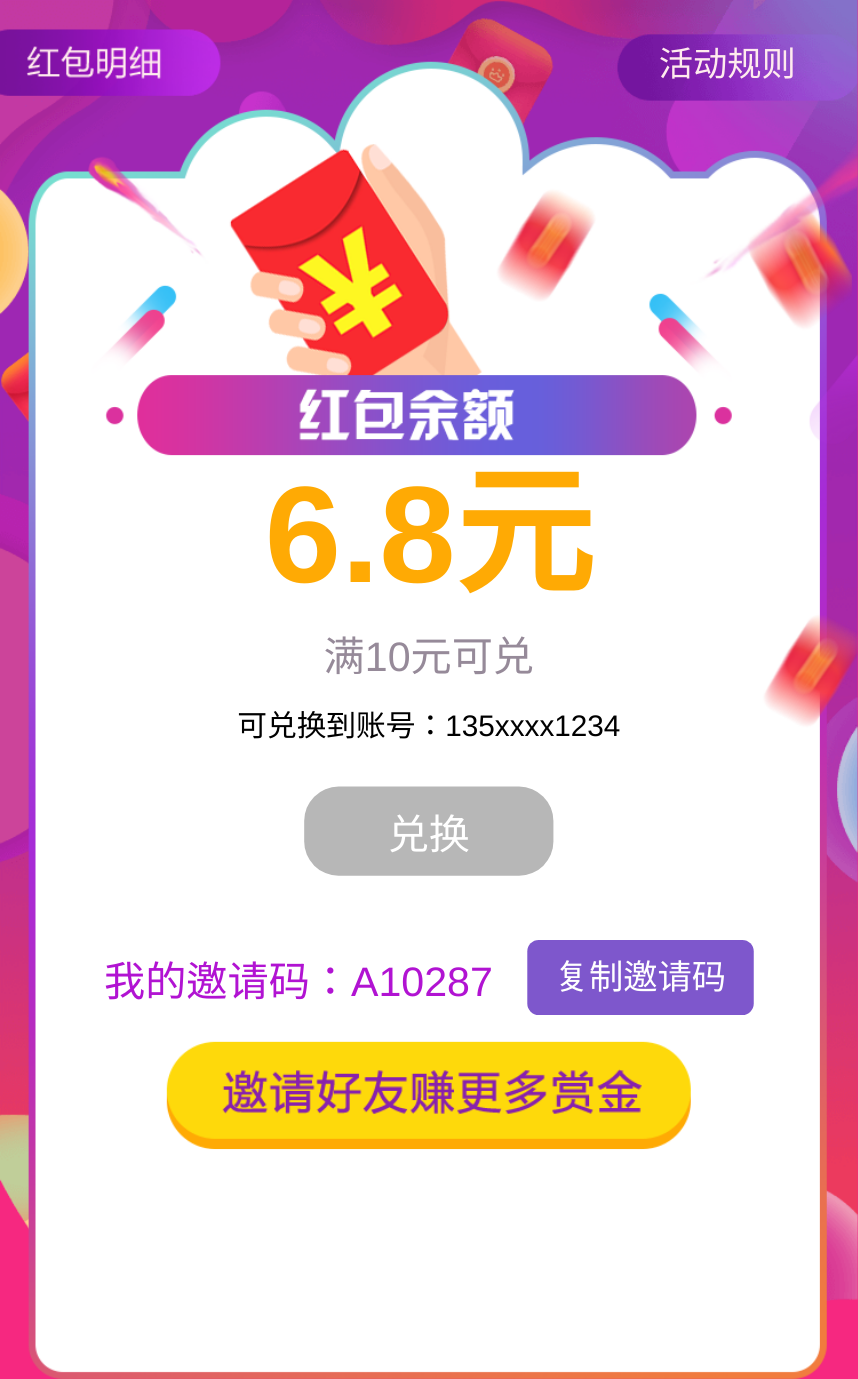
Repository: wangbiaozy/hb
Page: index_ye.html
These files come from the project's save history. The page is drawn as it stood at one moment and after the next save; the edit follows.
The browser window is 1280 px wide. The pictures show the whole page, at 67% of full size.

Above is the page before, as saved 2018-08-17 16:20:34.
Console error: TypeError: clipboard is not a constructor

### index_ye.html
<!DOCTYPE html>
<html lang="en">
<head>
    <meta charset="UTF-8">
    <meta name="viewport" content="width=device-width, initial-scale=1.0, maximum-scale=1.0, minimum-scale=1.0, user-scalable=no">
    <meta http-equiv="X-UA-Compatible" content="ie=edge">
    <title>Document</title>
    <link rel="stylesheet" href="css/reset.min.css">
    <link rel="stylesheet/less" href="css/styles.less">
    <script src="js/less-1.7.0.min.js"></script>
</head>
<body>
    <section class="main">
        <a id="rule_btn" href="javascript:void(0)">活动规则</a>
        <!-- 红包余额页 -->
        <div class="balance">
            <a href="./index_hbmx.html"></a>
            <h2><span>6.8</span>元</h2>
            <p>满10元可兑</p>
            <p>可兑换到账号：<span>135xxxx1234</span></p>
            <div>
                <a href="javascript:void(0)">兑换</a>
                <span>1</span>
            </div>
            <div>
                <p>我的邀请码：<span>A10287</span></p>
                <a class="copy_btn" href="javascript:void(0)">复制邀请码</a>
            </div>
            <a href="javascript:void(0)"></a>
        </div>
    </section>
    <!-- 兑换弹窗 -->
    <section class="conversion">
        <div>
            <input type="text" placeholder="请输入邀请码激活话费红包">
            <a href="">粘贴邀请码</a>
        </div>
        <!-- class="show" 显示 -->
        <p>激活失败，请先打开好友分享的活动链接，帮好友拆红包</p>
        <div>
            <a class="close" href="javascript:void(0)"></a>
            <a class="close" href="javascript:void(0)"></a>
        </div>
    </section>
    <!-- 活动规则弹窗 -->
    <section class="rule">
        <a href="javascript:void(0)"></a>
        <ul>
            <li>1.活动期间，用户通过10086App开屏页，首页轮播图进入活动，领取10元的话费红包。自己可拆开随机金，剩余金额需分享并邀请好友帮忙拆开，每位可帮忙拆开随机金额，全部拆完即可兑换话费。</li>
            <li>2.邀请拆  红包的好友需为新注册10086App的用户，好友在活动页面输入邀请人的邀请码才能成功帮好友拆开红包，好友帮助拆开红包后同时可获得一个话费红包。</li>
            <li>3.用户需在当前红包全部拆完后，才可开启下一个红包。</li>
            <li>4.活动期间一经发现违规等恶意操作等作弊行为将取消获奖资格。</li>
            <li>5.活动期间，用户需持续下载并的登陆110086App，否则话费奖品无法发放。</li>
        </ul>
        <a href="javascript:void(0)"></a>
    </section>
    <!-- 兑换成功弹窗 -->
    <section class="tc_success">
        <a href="javascript:void(0)"></a>
        <div>
            <a class="close" href="javascript:void(0)"></a>
        </div>
    </section>
    <!-- 遮罩层 -->
    <section class="mask" id="mask"></section>
</body>
</html>
<script src="js/jquery-1.10.1.min.js"></script>
<script src="js/clipboard.min.js"></script>
<script src="js/index.js"></script>
<script>
    var clipboard = new clipboard('.copy_btn');
</script>

### css/reset.min.css
@charset "utf-8";
/*默认样式清除和初始化*/
body,h1,h2,h3,h4,h5,h6,hr,p,blockquote,dl,dt,dd,ul,ol,li,button,input,textarea,th,td{margin:0;padding:0}body{font-size:12px;font-style:normal;font-family:"\5FAE\8F6F\96C5\9ED1",Helvetica,sans-serif}small{font-size:12px}h1{font-size:18px}h2{font-size:16px}h3{font-size:14px}h4,h5,h6{font-size:100%}ul,ol{list-style:none}a{text-decoration:none;background-color:transparent}a:hover,a:active{outline-width:0;text-decoration:none}table{border-collapse:collapse;border-spacing:0}hr{border:0;height:1px}img{border-style:none}img:not([src]){display:none}svg:not(:root){overflow:hidden}html{-webkit-touch-callout:none;-webkit-text-size-adjust:100%}input,textarea,button,a{-webkit-tap-highlight-color:rgba(0,0,0,0)}article,aside,details,figcaption,figure,footer,header,main,menu,nav,section,summary{display:block}audio,canvas,progress,video{display:inline-block}audio:not([controls]),video:not([controls]){display:none;height:0}progress{vertical-align:baseline}mark{background-color:#ff0;color:#000}sub,sup{position:relative;font-size:75%;line-height:0;vertical-align:baseline}sub{bottom:-0.25em}sup{top:-0.5em}button,input,select,textarea{font-size:100%;outline:0}button,input{overflow:visible}button,select{text-transform:none}textarea{overflow:auto}button,html [type="button"],[type="reset"],[type="submit"]{-webkit-appearance:button}button::-moz-focus-inner,[type="button"]::-moz-focus-inner,[type="reset"]::-moz-focus-inner,[type="submit"]::-moz-focus-inner{border-style:none;padding:0}button:-moz-focusring,[type="button"]:-moz-focusring,[type="reset"]:-moz-focusring,[type="submit"]:-moz-focusring{outline:1px dotted ButtonText}[type="checkbox"],[type="radio"]{box-sizing:border-box;padding:0}[type="number"]::-webkit-inner-spin-button,[type="number"]::-webkit-outer-spin-button{height:auto}[type="search"]{-webkit-appearance:textfield;outline-offset:-2px}[type="search"]::-webkit-search-cancel-button,[type="search"]::-webkit-search-decoration{-webkit-appearance:none}::-webkit-input-placeholder{color:inherit;opacity:.54}::-webkit-file-upload-button{-webkit-appearance:button;font:inherit}.clear:after{display:block;height:0;content:"";clear:both}
*{ -webkit-tap-highlight-color: rgba(0,0,0,0);-webkit-tap-highlight-color: transparent; /* For some Androids */ }

### js/index.js
(function (doc, win) {
    var docEl = doc.documentElement,
        resizeEvt = 'orientationchange' in window ? 'orientationchange' : 'resize',
        recalc = function () {
            var clientWidth = docEl.clientWidth;
            if (!clientWidth) return;
            docEl.style.fontSize = 100 * (clientWidth / 750) + 'px';
        };
    if (!doc.addEventListener) return;
    win.addEventListener(resizeEvt, recalc, false);
    doc.addEventListener('DOMContentLoaded', recalc, false);
})(document, window);
$(function () {

    //重新加载
    $('#reload').on('click',function(){
        window.location.reload();
    });
    //显示非中奖页背景
    function showFirstPageBg(){
        $('.main').removeClass('result');
    }
    //显示中奖页背景
    function showResultPageBg(){
        $('.main').addClass('result');
    }
    //显示活动规则弹窗
    $('#rule_btn').on('click',function(){
        $('.rule').show();
        showMask();
    });
    //关闭活动规则弹窗
    function hideRuleModel(){
        $('.rule').hide();
        hideMask();
    }
    $('.rule').on('click','a',function(){
        hideRuleModel();
    });
    //首页赚钱攻略按钮
    $('#gl_btn').on('click',function(){
        $('.gl').show();
        showMask();
    })
    //首页抽红包按钮
    $('#cj').on('click',function(){
        //奖品金额随机数
        var num = (Math.random()*9+1).toFixed(2);
        $('#moneyText').text(num);
        $('.result').show();
        $('.f_page').hide();
        showResultPageBg();
    });

    //获奖页获奖名单滚动
    var listPanel = $('#J_Activity ul');
    var z = 0;
    function up() {
        listPanel.animate({
            'top': (z - .8) + 'rem'
        }, 1500, 'linear', function () {
            listPanel.css({'top': '0px'}).find("li:first").appendTo(listPanel);
            up();
        });
    }
    up();

    //获取验证码
    function getCodeStyle(btnId) {//btnId->jQ
        var orderTime = 60,
            timeLeft = orderTime,
            btn = btnId;
        function timeCount(){
            timeLeft-=1;
            if (timeLeft>0){
                btn.val(timeLeft+"s重新获取");
                setTimeout(timeCount,1000);
                btn.css({
                    background: '#a2a2a2',
                    color: '#ffffff'
                });
            }
            else {
                btn.val("获取验证码");
                btn.css({
                    background: '#76ca08',
                    color: '#ffffff'
                });
                timeLeft = orderTime;
                btn.removeAttr("disabled");
            }
        }
        btn.on('click', function () {
            $(this).attr("disabled",true);
            timeCount();
        });
    }
    getCodeStyle($('#codeBtn'));

    $('#helpBtn').on('click',function(){
        $('.login').show();
        showMask();
    });

    //显示弹窗
    function showModel(){
        $('.model').show();
        showMask();
    }

    //关闭弹窗
    $('.close').on('click',function(){
        $(this).parent().parent().hide();
        hideMask();
    });
    //显示遮罩层
    function showMask(){
        $("#mask").css("height",$(document).height());
        $("#mask").css("width",$(document).width());
        $("#mask").show();
        $('body').css('position','fixed');
    }
    //隐藏遮罩层
    function hideMask(){
        $("#mask").hide();
        $('body').css('position','unset');
    }
});

Loaded but not shown: js/less-1.7.0.min.js (library); js/jquery-1.10.1.min.js (library); js/clipboard.min.js (library)

After the next save:
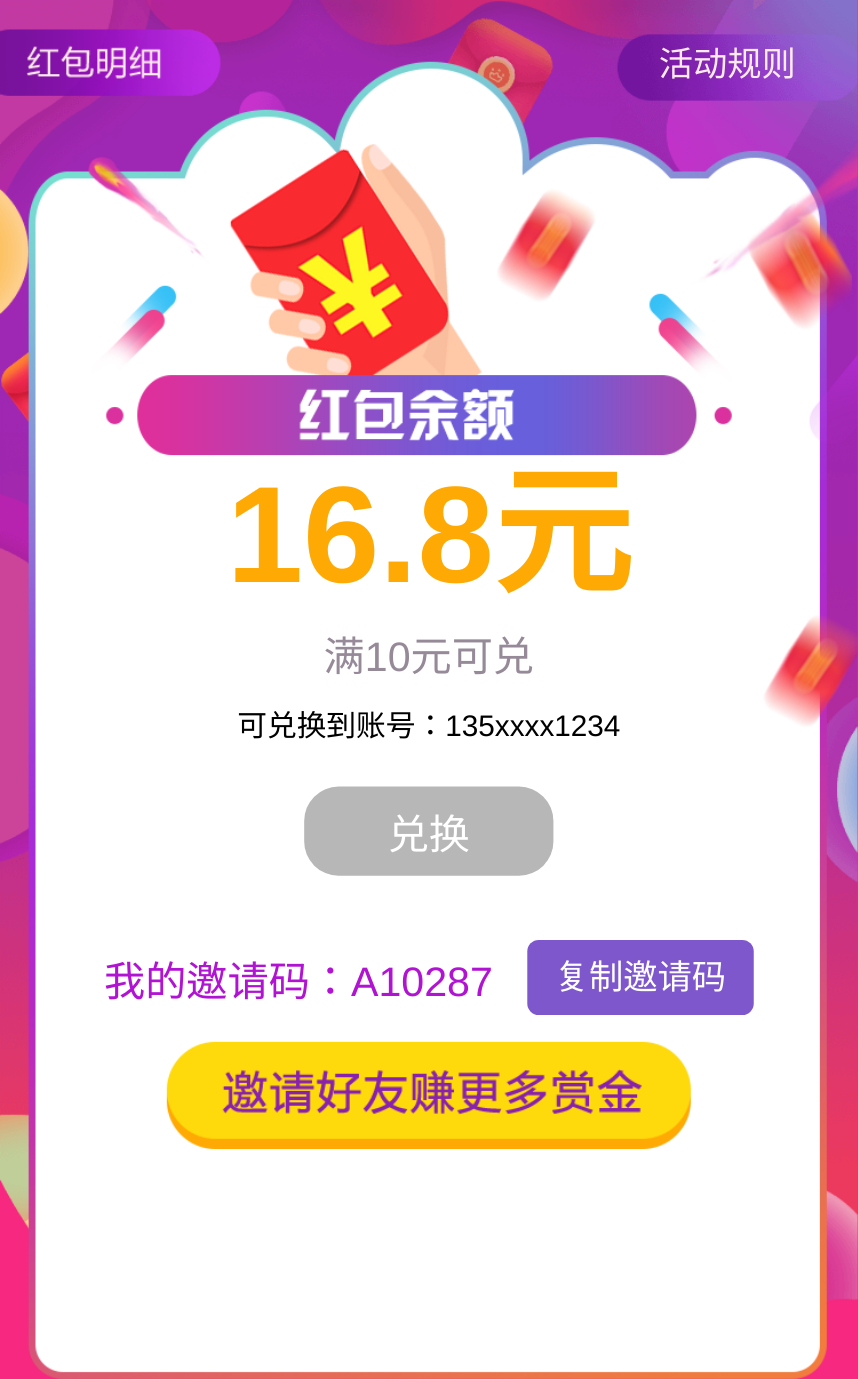
Saved 4 min 16 s later.
--- a/index_ye.html
+++ b/index_ye.html
@@ -15,7 +15,7 @@
         <!-- 红包余额页 -->
         <div class="balance">
             <a href="./index_hbmx.html"></a>
-            <h2><span>6.8</span>元</h2>
+            <h2><span>16.8</span>元</h2>
             <p>满10元可兑</p>
             <p>可兑换到账号：<span>135xxxx1234</span></p>
             <div>
